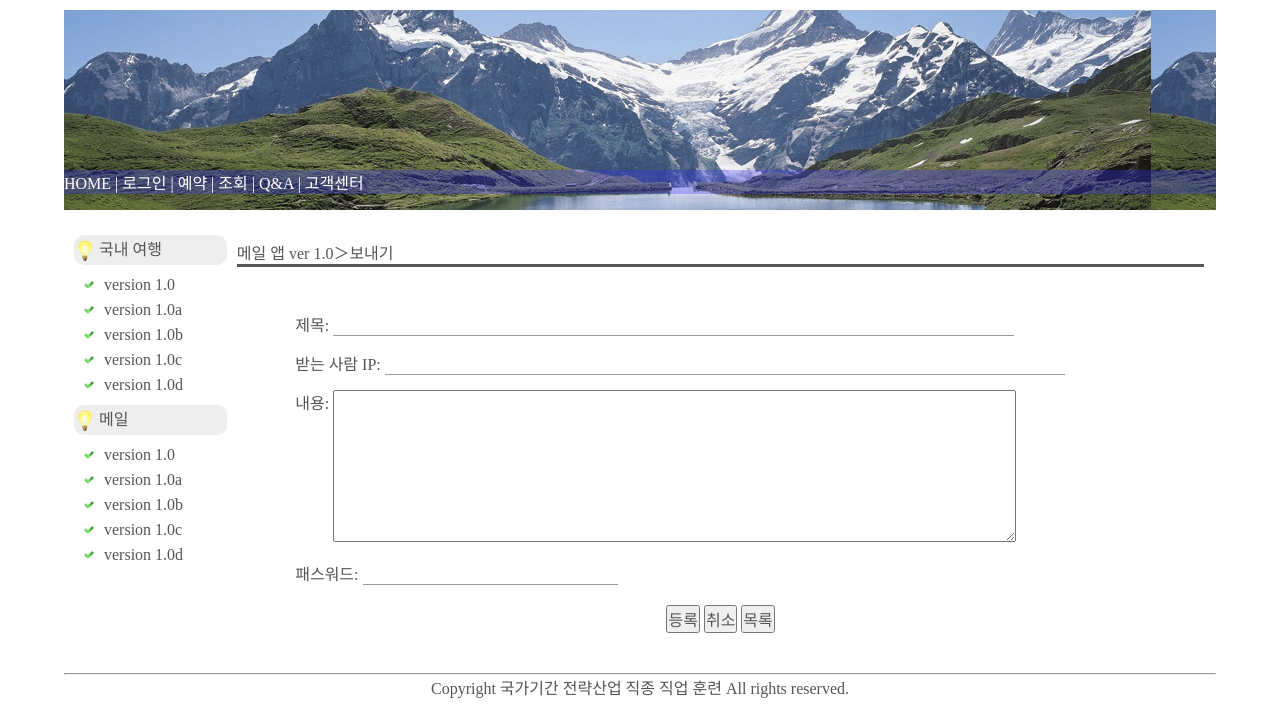
Repository: jangky000/ai_web
Page: http://localhost/blog_v2jc/mail_app/create_form.jsp
An editor plug-in stored every save of this project. The page is shown before and after the next save, followed by the edit.
The browser window is 1280 px wide. The pictures show the whole page.
The page is served by Tomcat 9. Other server files are loaded and not shown.

Above is the page before, as saved 2020-03-27 06:38:37.

### ws__frame/blog_v2jc/WebContent/mail_app/create_form.jsp
<%@ page contentType="text/html; charset=UTF-8" %>

<%
request.setCharacterEncoding("utf-8");
String root = request.getContextPath();
%>

<!DOCTYPE html>
<html lang="ko">
<head>
<meta charset="UTF-8">
<title>메일 앱</title>
<link href="<%=root%>/css/style.css" rel="Stylesheet" type="text/css">
</head>
<body>
<jsp:include page="/menu/top.jsp" flush='false' />
  <div class="title_line">메일 앱 ver 1.0＞보내기</div>
  <form name='frm' action='./create_proc.jsp' method='POST'>
    <fieldset class="fieldset_basic">
      <!-- <legend class="legend_basic">공지사항 등록</legend> -->
      <ul>
        <li class="li_none">
          <label>제목: </label>
          <input class="input_basic" type="text" name="title" style="width: 80%;" autofocus="autofocus">
        </li>
        <li class="li_none">
          <label>받는 사람 IP: </label>
          <input class="input_basic" type="text" name="mail_to" style="width: 80%;">
        </li>
        <li class="li_none">
          <label style="vertical-align: top;">내용: </label>
          <textarea name="content" style="width: 80%; height: 150px;"></textarea>
        </li>
        <li class="li_none">
          <label>패스워드: </label>
          <input class="input_basic" type="password" name="passwd" style="width: 30%;">
        </li>
      </ul>
      <div class ="bottom_menu">
        <button type="submit">등록</button>
        <button type="button" onclick="location.href = './list.jsp'">취소</button>
        <button type="button" onclick="location.href = './list.jsp'">목록</button>
      </div>
    </fieldset>

  </form>

<jsp:include page="/menu/bottom.jsp" flush='false' />
</body>
</html>
</html>

### ws__frame/blog_v2jc/WebContent/menu/top.jsp
<%@ page contentType="text/html; charset=UTF-8" %>
<!-- jsp: include를 사용했기 때문에 root로 인한 충돌이 발생하지 않는다. -->
<% String root = request.getContextPath(); %>

<DIV class='container'>
  <DIV class='top_img'>
    <NAV class="top_menu">
      <a href="<%=root %>" class="menu_link">HOME</a> | 로그인 | 예약 | 조회 | Q&A | 고객센터
    </NAV>
  </DIV>

  <DIV style='margin-top: 10px;'> <!-- 좌측 메뉴 + 내용 시작 -->
    <DIV class='left_menu'> <!--  좌측 메뉴 시작 -->
      <div class="li_left_menu_1" >국내 여행</div>
      <UL>
         <!-- 모든 위치에서 동일한 주소를 찾아야하므로, 절대 경로로 설정 -->
        <LI class="li_left_menu_2"><a href="<%= request.getContextPath() %>/notice1/list.jsp">version 1.0</a></LI>
        <LI class="li_left_menu_2"><a href="<%= request.getContextPath() %>/notice1a/list.jsp">version 1.0a</a></LI>
        <LI class="li_left_menu_2"><a href="<%= request.getContextPath() %>/notice1b/list.jsp">version 1.0b</a></LI>
        <LI class="li_left_menu_2"><a href="<%= request.getContextPath() %>/notice1c/list.jsp">version 1.0c</a></LI>
        <LI class="li_left_menu_2"><a href="<%= request.getContextPath() %>/notice1d/list.jsp">version 1.0d</a></LI>
      </UL>
      <!-- br을 쓰는 것보다 margin으로 여백을 주는 것이 낫다 -->
      <div class="li_left_menu_1">메일</div>
      <UL>
        <LI class="li_left_menu_2"><a href="<%= request.getContextPath() %>/mail_app/list.jsp">version 1.0</a></LI>
        <LI class="li_left_menu_2"><a href="<%= request.getContextPath() %>/mail_app1a/list.jsp">version 1.0a</a></LI>
        <LI class="li_left_menu_2"><a href="<%= request.getContextPath() %>/mail_app1b/list.jsp">version 1.0b</a></LI>
        <LI class="li_left_menu_2"><a href="<%= request.getContextPath() %>/mail_app1c/list.jsp">version 1.0c</a></LI>
        <LI class="li_left_menu_2"><a href="<%= request.getContextPath() %>/mail_app1d/list.jsp">version 1.0d</a></LI>
      </UL>

    </DIV>  <!--  좌측 메뉴 종료 -->

    <DIV class='content_body'> <!--  내용 시작 -->

### ws__frame/blog_v2jc/WebContent/menu/bottom.jsp
<%@ page contentType="text/html; charset=UTF-8" %>

    </DIV> <!-- 내용 종료 -->
  </DIV> <!-- 좌측 메뉴 + 내용 종료 -->

  <!-- 화면 하단 메뉴 -->
  <DIV class='copyright'>
    <HR>
    Copyright 국가기간 전략산업 직종 직업 훈련 All rights reserved.
  </DIV>

</DIV> <!-- 컨테이너 종료 -->

### ws__frame/blog_v2jc/WebContent/css/style.css
/* ver 0.2 */
/* 모든 태그에 적용 */
  *{
     font-family: Malgun Gothic;
     font-size: 16px;
     margin: 0px;  /* top right bottom left */
     padding: 0px;
     color: #555555;
  }

  .container {
    width: 90%;
    margin: 10px auto;
  }

  /*
  이미지 경로 지정
  권장하지 않는 방법(절대경로): background-image: url('/blog_v2jc/css/images/top_image.jpg');
  권장하는 방법(상대경로): background-image: url('./images/top_image.jpg');
  style.css 파일이 include(link)되는 폴더를 현재 폴더로 인식함
  /blog_v2jc/css/style.css에서 사용
  /blog_v2jc/css/images/top_image.jpg 인식
   */
  .top_img {
    width: 100%;
    height: 200px;
    /* background-image: url('/blog_v2jc/menu/images/top_image.jpg'); */
    background-image: url('./images/top_image.jpg');
  }

  .top_menu {
    position: relative;  /* 부모 태그 기준 화면 상단 기준 */
    top: 80%;
    /* left: 2px;  */
    background-color: rgba(50, 50, 255, 0.3);
    color: white;
  }

  .left_menu {
    width: 15%;
    float: left;
  }

  .content_body {
    width: 84%;
    float: left;
  }

  .content_bottom {

  }

  .bottom_menu {
    text-align: center;
    margin: 20px auto;
    clear: both;
  }

  .copyright {
    text-align: center;
    margin: 20px auto; /* 블럭 가운데 정렬 */
    clear: both; /*  float: left; 해제 float 효과를 제거 */
  }

  .li_warning{/* 경고 메시지 */
    list-style: none;
    margin: 15px 10px;
    color: #ff6600;
  }

  .li_error{ /* 에러 메시지 */
    list-style: none;
    margin: 15px 10px;
    color: #FF0000;
  }

  .li_none{
    list-style: none;
    margin: 15px 10px;
  }

  .fieldset_basic{
    width:90%;
    margin:10px auto;
    border-top: none;
    border-right: none;
    border-bottom: none;
    border-left: none;
    padding: 10px;
  }

  .legend_basic{
    margin-left:30px;
    border:solid 1px #999999;
    background-color: #A6C2FF;
    color:#FFFFFF;
  }

  input:focus {outline:none;}
  .input_basic{
    border-top: none;
    border-right: none;
    border-bottom: solid 1px #999999;
    border-left: none;
  }

  .title_line{
    text-align:left;
    /* text-decoration: underline; */
    border-bottom: solid 3px #555555;
    width: 100%;
    margin: 20px auto;

  }

  .sub_menu{
    text-align: right;
    width: 100%;
  }

  .table_basic{
    border-collapse: collapse; /* 셀 합치기 */
    margin: 2px auto;
    width: 100%;
  }

  /*
    1em 기본값: 16px, 주변 태그의 글자 크기를 1em으로 인식
    div 태그가 20px일 경우 자식 태그가 0.5em이면 최종적으로 10px이 적용됨.
  */
  .th_basic{
    font-size: 0.8em;
    border-bottom: solid 1px #999999;
  }

  .td_basic{
    background-color: #ffffff;

    border-top: none;
    border-right: none;
    border-bottom: solid 1px #dddddd;
    border-left: none;

    text-align: center;
  }

  .td_left{
    background-color: #ffffff;

    border-top: none;
    border-right: none;
    border-bottom: solid 1px #dddddd;
    border-left: none;

    text-align: left;
  }

  A:link{  /* 방문전 상태 */
    text-decoration: none; /* 밑줄 삭제 */
    color: #555555;
  }

  A:visited{  /* 방문후 상태 */
    text-decoration: none; /* 밑줄 삭제 */
    color: #555555;
  }

  A:hover{  /* A 태그에 마우스가 올라간 상태 */
    text-decoration: underline; /* 밑줄 출력 */
    color: #7777FF;
  }

  A:active{  /* A 태그를 클릭한 상태 */
    text-decoration: underline; /* 밑줄 출력 */
    color: #7777FF;
  }

  /* top menu */
  .menu_link:link{  /* 방문전 상태 */
    text-decoration: none; /* 밑줄 삭제 */
    color: white;
  }

  .menu_link:visited{  /* 방문후 상태 */
    text-decoration: none; /* 밑줄 삭제 */
    color: white;
  }

  .menu_link:hover{  /* A 태그에 마우스가 올라간 상태 */
    text-decoration: underline; /* 밑줄 출력 */
    color: white;
    /* font-weight: bold; */
  }

  .menu_link:active{  /* A 태그를 클릭한 상태 */
    text-decoration: underline; /* 밑줄 출력 */
    color: white;
  }

  .content_title{
    border-top: none;
    border-right: none;
    border-bottom: solid 1px #999999;
    border-left: none;

    margin-bottom: 20px;
  }

  .content_bottom{
    border-top: none;
    border-right: none;
    border-bottom: none;
    border-left: none;
    margin: 20px 0;
    text-align: right;
    font-size: 0.8em;
  }

  .li_left_menu_1{/* 화면 좌측 대분류 */
    list-style: none;
    margin: 15px 10px;
    background: url(./images/li_left_menu_1.png) left center no-repeat; /* url 왼쪽 중간 반복x */
    background-color:#eeeeee;
    border-radius:10px;
    background-size: 22px;
    padding-left: 25px;
    line-height: 30px;
  }

  .li_left_menu_2{/* 화면 좌측 중분류 */
    list-style: none;
    margin: 15px 10px;
    background: url(./images/li_left_menu_2.png) left center no-repeat; /* url 왼쪽 중간 반복x */
    background-size: 10px;
    margin-left: 20px;
    padding-left: 20px;
    line-height: 10px;
  }

After the next save:
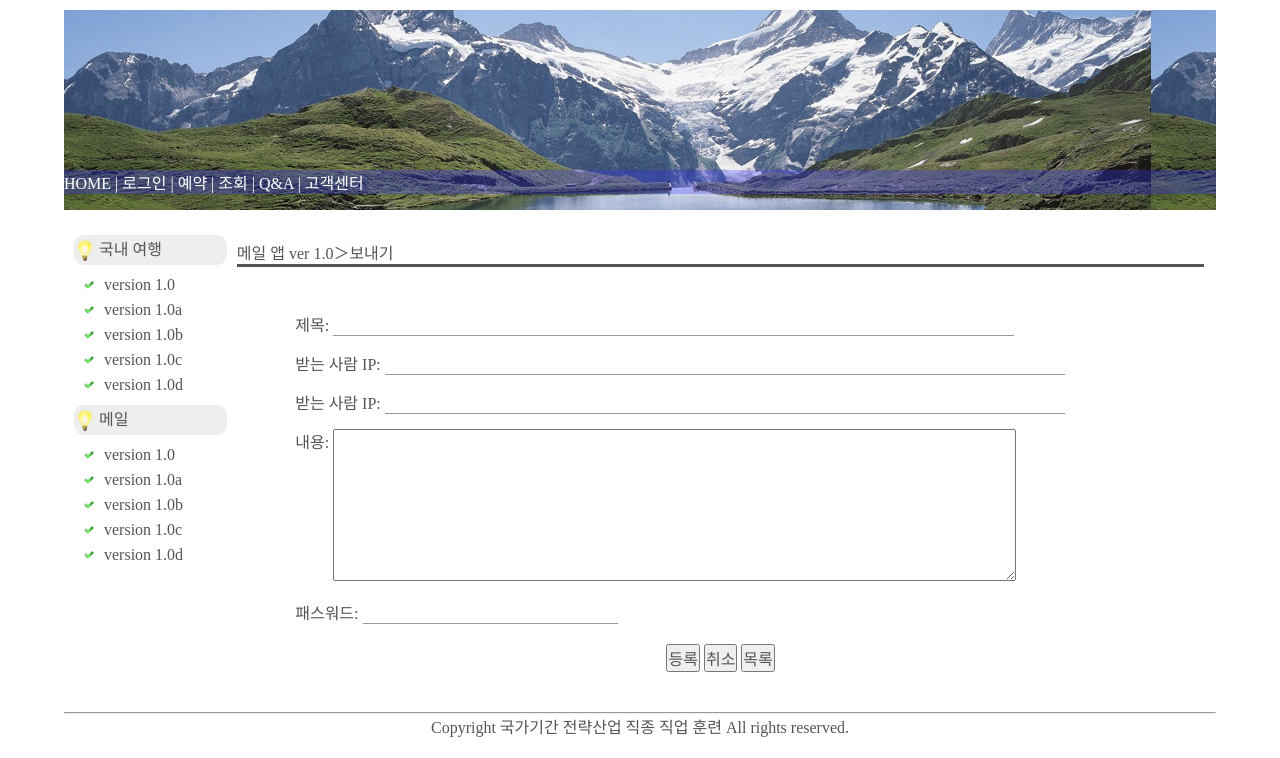
Saved 14 s later.
--- a/ws__frame/blog_v2jc/WebContent/mail_app/create_form.jsp
+++ b/ws__frame/blog_v2jc/WebContent/mail_app/create_form.jsp
@@ -28,6 +28,10 @@ String root = request.getContextPath();
           <input class="input_basic" type="text" name="mail_to" style="width: 80%;">
         </li>
         <li class="li_none">
+          <label>받는 사람 IP: </label>
+          <input class="input_basic" type="text" name="mail_to" style="width: 80%;">
+        </li>
+        <li class="li_none">
           <label style="vertical-align: top;">내용: </label>
           <textarea name="content" style="width: 80%; height: 150px;"></textarea>
         </li>
